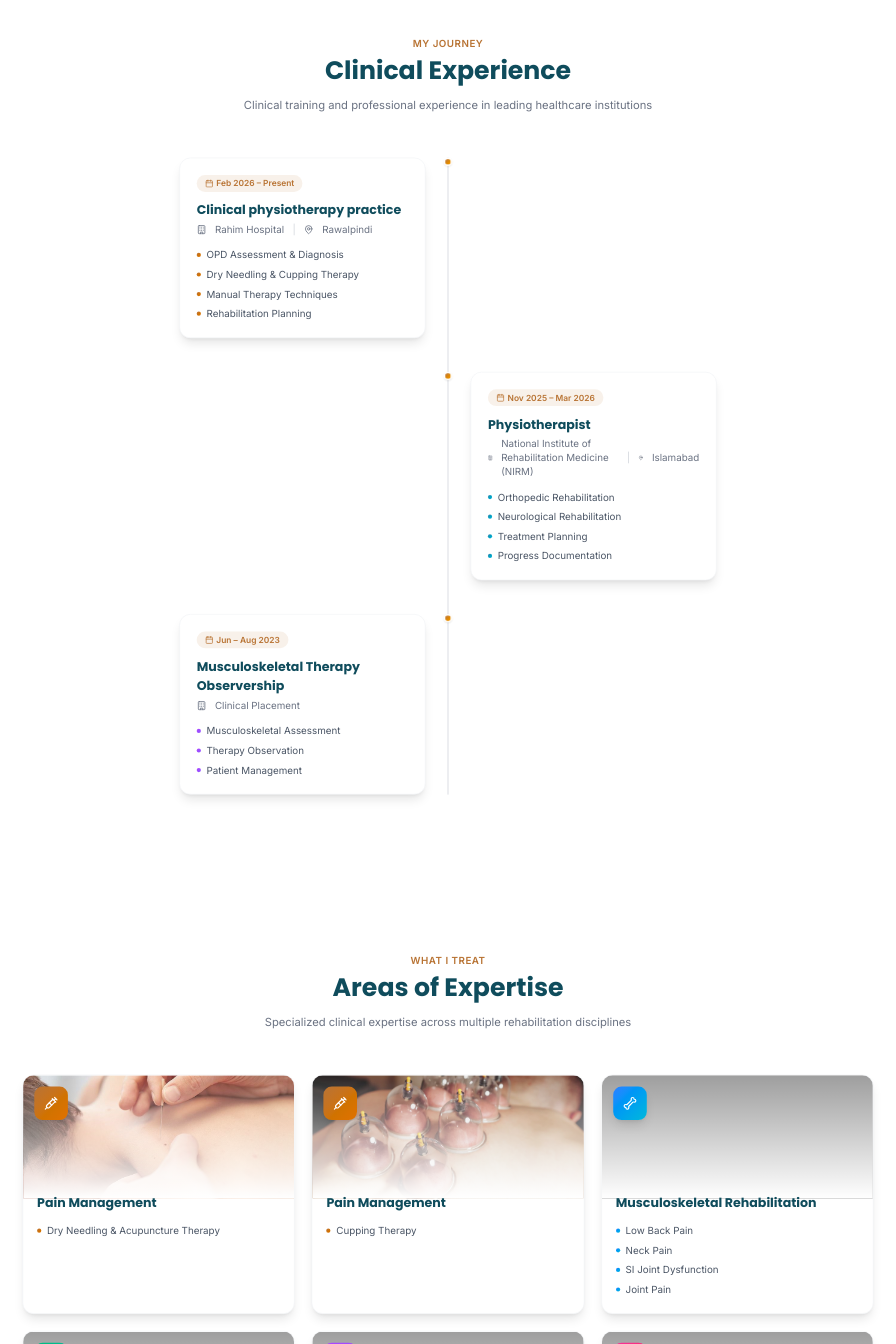
Repository: DaniGull01/dr_ghazala_mushtaq
Page: /
An editor plug-in stored every save of this project. The page is shown before and after the next save, followed by the edit.
The browser window is 1280 px wide. The pictures show the part of the page from y = 1793 to 3713 px (the page is 12733 px tall before and 12731 px after), at 70% of full size.
Pictures or frames that could not be fetched are drawn as grey boxes. The project was rebuilt for these pictures with package versions that can differ from the ones it lists, and the page was loaded fresh each time. Also part of the build but not shown: vite.config.js.

Above is the page before, as saved 2026-10-21 19:31:53.

### index.html
<!doctype html>
<html lang="en">
  <head>
    <meta charset="UTF-8" />
    <link rel="icon" type="image/svg+xml" href="/vite.svg" />
    <meta name="viewport" content="width=device-width, initial-scale=1.0" />
    <meta name="description" content="Dr. Ghazala Mushtaq - Doctor of Physical Therapy (DPT). Specializing in musculoskeletal, orthopedic, neurological and pediatric rehabilitation." />
    <meta name="keywords" content="physiotherapist, physical therapy, DPT, rehabilitation, Islamabad, Rawalpindi" />
    <link rel="preconnect" href="https://fonts.googleapis.com" />
    <link rel="preconnect" href="https://fonts.gstatic.com" crossorigin />
    <link href="https://fonts.googleapis.com/css2?family=Inter:wght@300;400;500;600;700&family=Poppins:wght@400;500;600;700;800&display=swap" rel="stylesheet" />
    <title>Dr. Ghazala Mushtaq | Doctor of Physical Therapy</title>
  </head>
  <body>
    <div id="root"></div>
    <script type="module" src="/src/main.jsx"></script>
  </body>
</html>

### src/App.jsx
import Navbar from './components/Navbar'
import Hero from './components/Hero'
import About from './components/About'
import Expertise from './components/Expertise'
import Services from './components/Services'
import Experience from './components/Experience'
import Certifications from './components/Certifications'
import Research from './components/Research'
import Skills from './components/Skills'
import Achievements from './components/Achievements'
import WhyChooseMe from './components/WhyChooseMe'
import CTA from './components/CTA'
import Contact from './components/Contact'
import Footer from './components/Footer'
import Reviews from './components/Reviews'

export default function App() {
  return (
    <div className="min-h-screen bg-white">
      <Navbar />
      <Hero />
      <About />
      <Experience />
      <Expertise />
      <Services />

      <Certifications />
      <Research />
      <Skills />
      <Achievements />
      <WhyChooseMe />
       <Reviews/>
      <CTA />
      <Contact />
      <Footer />
    </div>
  )
}

### src/index.css
@import "tailwindcss";

@theme {
  --color-deep-teal: #0F4C5C;
  --color-medical-blue: #2E86AB;
  --color-warm-copper: #B87333;
  --color-light-cream: #F8F5F0;
  --color-soft-gray: #6B7280;

  --font-heading: 'Poppins', sans-serif;
  --font-body: 'Inter', sans-serif;
}

html {
  scroll-behavior: smooth;
}

body {
  font-family: var(--font-body);
  color: #1f2937;
}

::-webkit-scrollbar {
  width: 8px;
}

::-webkit-scrollbar-track {
  background: #f1f1f1;
}

::-webkit-scrollbar-thumb {
  background: var(--color-medical-blue);
  border-radius: 4px;
}

::selection {
  background: var(--color-medical-blue);
  color: white;
}

### src/components/About.jsx
import { motion } from 'framer-motion'
import { Quote } from 'lucide-react'

const fadeUp = {
  hidden: { opacity: 0, y: 40 },
  visible: { opacity: 1, y: 0 },
}

export default function About() {
  return (
    <section id="about" className="py-20 lg:py-28 bg-light-cream">
      <div className="max-w-7xl mx-auto px-4 sm:px-6 lg:px-8">
        <div className="grid lg:grid-cols-2 gap-12 lg:gap-16 items-center">
          {/* Left - Image Placeholder */}
          <motion.div
            initial="hidden"
            whileInView="visible"
            viewport={{ once: true, margin: '-100px' }}
            variants={fadeUp}
            transition={{ duration: 0.6 }}
            className="relative"
          >
            <div className="relative rounded-3xl overflow-hidden shadow-2xl">
              <div className="w-full h-[500px]">
                <img
                  src="./1000512109.jpg"
                  alt="Dr. Ghazala Mushtaq"
                  className="w-full h-full object-contain"
                />
                {/* Gradient overlay */}

              </div>
            </div>
            {/* Decorative elements */}
            <div className="absolute -bottom-4 -right-4 w-24 h-24 border-2 border-warm-copper/30 rounded-2xl -z-10" />
            <div className="absolute -top-4 -left-4 w-24 h-24 bg-warm-copper/10 rounded-2xl -z-10" />
          </motion.div>

          {/* Right - Content */}
          <motion.div
            initial="hidden"
            whileInView="visible"
            viewport={{ once: true, margin: '-100px' }}
            variants={fadeUp}
            transition={{ duration: 0.6, delay: 0.2 }}
          >
            <span className="text-warm-copper font-semibold text-sm tracking-wider uppercase">About Doctor</span>
            <h2 className="text-3xl lg:text-4xl font-heading font-bold text-deep-teal mt-2 mb-6">
              Meet Dr. Ghazala Mushtaq
            </h2>
            <p className="text-gray-600 leading-relaxed mb-6">
             Dr. Ghazala Mushtaq is a Doctor of Physical Therapy (DPT) and Consultant Physiotherapist dedicated to providing patient-centered physiotherapy and rehabilitation services. She focuses on helping individuals improve mobility, manage pain, restore physical function, and enhance their quality of life through individualized rehabilitation plans and evidence-informed clinical care.
            </p>
            <p className="text-gray-600 leading-relaxed mb-8">
              She has professional experience in hospital-based physiotherapy and clinical practice, along with specialized training in dry needling and cupping therapy. Her approach emphasizes appropriate assessment, personalized treatment, patient education, and functional recovery.
            </p>

            <div className="grid grid-cols-2 gap-4">
              {[
                'Musculoskeletal Rehabilitation',
                'Orthopedic Rehabilitation',
                'Pediatric Rehabilitation',
                'Neurological Rehabilitation',
                'Post-Operative Care',
                'Pain Management',
              ].map((item, i) => (
                <motion.div
                  key={item}
                  initial={{ opacity: 0, x: -20 }}
                  whileInView={{ opacity: 1, x: 0 }}
                  viewport={{ once: true }}
                  transition={{ delay: 0.3 + i * 0.1 }}
                  className="flex items-center gap-2 text-gray-700"
                >
                  <div className="w-2 h-2 rounded-full bg-warm-copper flex-shrink-0" />
                  <span className="text-sm">{item}</span>
                </motion.div>
              ))}
            </div>
          </motion.div>
        </div>
      </div>
    </section>
  )
}

### src/components/Experience.jsx
import { motion } from 'framer-motion'
import { MapPin, Calendar, Building } from 'lucide-react'

const experiences = [
  {
    period: 'Feb 2026 – Present',
    title: 'Clinical physiotherapy practice',
    org: 'Rahim Hospital',
    location: 'Rawalpindi',
    color: 'from-warm-copper to-amber-600',
    items: [
      'OPD Assessment & Diagnosis',
      'Dry Needling & Cupping Therapy',
      'Manual Therapy Techniques',
      'Rehabilitation Planning',
    ],
  },
  {
    period: 'Nov 2025 – Mar 2026',
    title: 'Physiotherapist',
    org: 'National Institute of Rehabilitation Medicine (NIRM)',
    location: 'Islamabad',
    color: 'from-medical-blue to-cyan-500',
    items: [
      'Orthopedic Rehabilitation',
      'Neurological Rehabilitation',
      'Treatment Planning',
      'Progress Documentation',
    ],
  },

  {
    period: 'Jun – Aug 2023',
    title: 'Musculoskeletal Therapy Observership',
    org: 'Clinical Placement',
    location: '',
    color: 'from-purple-500 to-violet-500',
    items: [
      'Musculoskeletal Assessment',
      'Therapy Observation',
      'Patient Management',
    ],
  },
]

export default function Experience() {
  return (
    <section id="experience" className="py-20 lg:py-28 bg-white">
      <div className="max-w-7xl mx-auto px-4 sm:px-6 lg:px-8">
        <motion.div
          initial={{ opacity: 0, y: 30 }}
          whileInView={{ opacity: 1, y: 0 }}
          viewport={{ once: true }}
          transition={{ duration: 0.6 }}
          className="text-center mb-16"
        >
          <span className="text-warm-copper font-semibold text-sm tracking-wider uppercase">My Journey</span>
          <h2 className="text-3xl lg:text-4xl font-heading font-bold text-deep-teal mt-2">
            Clinical Experience
          </h2>
          <p className="text-gray-500 mt-4 max-w-2xl mx-auto">
            Clinical training and professional experience in leading healthcare institutions
          </p>
        </motion.div>

        <div className="relative max-w-3xl mx-auto">
          {/* Vertical Line */}
          <div className="absolute left-0 md:left-1/2 top-0 bottom-0 w-0.5 bg-gray-200 md:-translate-x-px" />

          {experiences.map((exp, index) => (
            <motion.div
              key={exp.title}
              initial={{ opacity: 0, x: index % 2 === 0 ? -40 : 40 }}
              whileInView={{ opacity: 1, x: 0 }}
              viewport={{ once: true, margin: '-50px' }}
              transition={{ duration: 0.6, delay: index * 0.1 }}
              className={`relative flex flex-col md:flex-row gap-6 md:gap-12 mb-12 last:mb-0 ${
                index % 2 === 0 ? 'md:flex-row' : 'md:flex-row-reverse'
              }`}
            >
              {/* Timeline Dot */}
              <div className="absolute left-[-5px] md:left-1/2 md:-translate-x-1/2 w-3 h-3 rounded-full bg-gradient-to-br from-warm-copper to-amber-500 border-2 border-white shadow z-10" />

              {/* Content Card */}
              <div className={`ml-8 md:ml-0 md:w-1/2 ${index % 2 === 0 ? 'md:pr-8' : 'md:pl-8'}`}>
                <div className="bg-white rounded-2xl p-6 shadow-lg hover:shadow-xl transition-all duration-300 border border-gray-100">
                  <span className="inline-flex items-center gap-1 text-xs font-semibold text-warm-copper bg-warm-copper/10 px-3 py-1 rounded-full mb-3">
                    <Calendar size={12} />
                    {exp.period}
                  </span>
                  <h3 className="text-lg font-heading font-bold text-deep-teal mb-1">{exp.title}</h3>
                  <div className="flex items-center gap-3 text-gray-500 text-sm mb-4">
                    <Building size={14} />
                    <span>{exp.org}</span>
                    {exp.location && (
                      <>
                        <span className="text-gray-300">|</span>
                        <MapPin size={14} />
                        <span>{exp.location}</span>
                      </>
                    )}
                  </div>
                  <ul className="space-y-2">
                    {exp.items.map((item) => (
                      <li key={item} className="flex items-center gap-2 text-gray-600 text-sm">
                        <div className={`w-1.5 h-1.5 rounded-full bg-gradient-to-br ${exp.color} flex-shrink-0`} />
                        {item}
                      </li>
                    ))}
                  </ul>
                </div>
              </div>
            </motion.div>
          ))}
        </div>
      </div>
    </section>
  )
}

### src/components/Skills.jsx
import { motion } from 'framer-motion'
import { useInView } from 'framer-motion'
import { useRef } from 'react'

const skills = [
  { name: 'Patient Assessment', level: 95 },
  { name: 'Manual Therapy', level: 92 },
  { name: 'Musculoskeletal Rehabilitation', level: 93 },
  { name: 'Orthopedic Rehabilitation', level: 90 },
  { name: 'Neurological Rehabilitation', level: 85 },
  { name: 'Dry Needling', level: 88 },
  { name: 'Cupping Therapy', level: 90 },
  { name: 'Electrotherapy', level: 87 },
  { name: 'Pain Management', level: 91 },
  { name: 'Documentation & Reporting', level: 89 },
]

function SkillBar({ name, level, index }) {
  const ref = useRef(null)
  const isInView = useInView(ref, { once: true, margin: '-50px' })

  return (
    <div ref={ref} className="space-y-2">
      <div className="flex justify-between items-center">
        <span className="text-sm font-medium text-gray-700">{name}</span>
        <span className="text-xs font-bold text-medical-blue">{level}%</span>
      </div>
      <div className="w-full h-2.5 bg-gray-100 rounded-full overflow-hidden">
        <motion.div
          initial={{ width: 0 }}
          animate={isInView ? { width: `${level}%` } : { width: 0 }}
          transition={{ duration: 1, delay: index * 0.1, ease: 'easeOut' }}
          className="h-full rounded-full bg-gradient-to-r from-medical-blue to-deep-teal"
        />
      </div>
    </div>
  )
}

export default function Skills() {
  return (
    <section id="skills" className="py-20 lg:py-28 bg-light-cream">
      <div className="max-w-7xl mx-auto px-4 sm:px-6 lg:px-8">
        <motion.div
          initial={{ opacity: 0, y: 30 }}
          whileInView={{ opacity: 1, y: 0 }}
          viewport={{ once: true }}
          transition={{ duration: 0.6 }}
          className="text-center mb-16"
        >
          <span className="text-warm-copper font-semibold text-sm tracking-wider uppercase">Proficiencies</span>
          <h2 className="text-3xl lg:text-4xl font-heading font-bold text-deep-teal mt-2">
            Professional Skills
          </h2>
          <p className="text-gray-500 mt-4 max-w-2xl mx-auto">
            Clinical competencies developed through rigorous training and practice
          </p>
        </motion.div>

        <div className="grid lg:grid-cols-5 gap-8 items-center max-w-5xl mx-auto">
          {/* Skills Bars */}
          <div className="lg:col-span-3">
            <div className="grid sm:grid-cols-2 gap-x-12 gap-y-6">
              {skills.map((skill, index) => (
                <SkillBar key={skill.name} name={skill.name} level={skill.level} index={index} />
              ))}
            </div>
          </div>

          {/* Image */}
          <motion.div
            initial={{ opacity: 0, x: 30 }}
            whileInView={{ opacity: 1, x: 0 }}
            viewport={{ once: true }}
            transition={{ duration: 0.6, delay: 0.3 }}
            className="lg:col-span-2"
          >
            <div className="relative rounded-3xl overflow-hidden shadow-xl">
              <img
                src="https://images.unsplash.com/photo-1579684385127-1ef15d508118?w=500&q=80"
                alt="Physiotherapy practice"
                className="w-full h-72 lg:h-96 object-cover"
                loading="lazy"
              />
              <div className="absolute inset-0 bg-gradient-to-t from-deep-teal/50 via-transparent to-transparent" />
              <div className="absolute bottom-6 left-6 right-6">
                <p className="text-white font-heading font-semibold text-lg">Comprehensive Care</p>
                <p className="text-white/80 text-sm">Evidence-based techniques for every condition</p>
              </div>
            </div>
          </motion.div>
        </div>
      </div>
    </section>
  )
}

### src/components/CTA.jsx
import { motion } from 'framer-motion'
import { Calendar, MessageCircle } from 'lucide-react'

export default function CTA() {
  return (
    <section className="relative py-24 lg:py-32 overflow-hidden">
      {/* Background */}
      <div className="absolute inset-0 bg-gradient-to-br from-deep-teal via-deep-teal to-medical-blue" />

      {/* Medical Background Image */}
      <div
        className="absolute inset-0 opacity-10"
        style={{
          backgroundImage: "url('https://images.unsplash.com/photo-1576091160399-112ba8d25d1d?w=1920&q=80')",
          backgroundSize: 'cover',
          backgroundPosition: 'center',
        }}
      />

      {/* Abstract Medical Shapes */}
      <div className="absolute inset-0 opacity-10">
        <div className="absolute top-10 left-10 w-64 h-64 border border-white/30 rounded-full" />
        <div className="absolute bottom-10 right-10 w-80 h-80 border border-white/20 rounded-full" />
        <div className="absolute top-1/2 left-1/2 -translate-x-1/2 -translate-y-1/2 w-96 h-96 border border-white/10 rounded-full" />
        <div className="absolute top-20 right-20 w-48 h-48 bg-white/10 rounded-full blur-3xl" />
        <div className="absolute bottom-20 left-20 w-56 h-56 bg-warm-copper/20 rounded-full blur-3xl" />
        {/* Cross/plus medical symbols */}
        <div className="absolute top-1/4 left-1/4 text-white/20 text-6xl font-light">+</div>
        <div className="absolute bottom-1/4 right-1/4 text-white/20 text-6xl font-light">+</div>
      </div>

      <div className="relative max-w-4xl mx-auto px-4 sm:px-6 lg:px-8 text-center">
        <motion.div
          initial={{ opacity: 0, y: 30 }}
          whileInView={{ opacity: 1, y: 0 }}
          viewport={{ once: true }}
          transition={{ duration: 0.6 }}
        >
          <h2 className="text-3xl sm:text-4xl lg:text-5xl font-heading font-bold text-white mb-6 leading-tight">
            Start Your Recovery Journey Today
          </h2>
          <p className="text-gray-200 text-lg max-w-2xl mx-auto mb-10 leading-relaxed">
            Take the first step toward a pain-free, active lifestyle. Book your consultation now and experience personalized physiotherapy care.
          </p>
          <div className="flex flex-wrap justify-center gap-4">
            <a
              href="#contact"
              className="inline-flex items-center gap-2 bg-warm-copper hover:bg-warm-copper/90 text-white px-8 py-3.5 rounded-full font-semibold text-base transition-all hover:shadow-xl hover:shadow-warm-copper/30"
            >
              <Calendar size={18} />
              Book Appointment
            </a>
            <a
              href="https://wa.me/923188910400"
              target="_blank"
              rel="noopener noreferrer"
              className="inline-flex items-center gap-2 bg-white/10 hover:bg-white/20 text-white px-8 py-3.5 rounded-full font-semibold text-base transition-all border border-white/30"
            >
              <MessageCircle size={18} />
              WhatsApp Consultation
            </a>
          </div>
        </motion.div>
      </div>
    </section>
  )
}

### src/components/Reviews.jsx
import { motion } from 'framer-motion'
import ReviewsList from './ReviewsList'
import ReviewForm from './ReviewForm'

export default function Reviews() {
  return (
    <section id="reviews" className="py-20 lg:py-28 bg-light-cream">
      <div className="max-w-7xl mx-auto px-4 sm:px-6 lg:px-8">
        <motion.div
          initial={{ opacity: 0, y: 30 }}
          whileInView={{ opacity: 1, y: 0 }}
          viewport={{ once: true }}
          transition={{ duration: 0.6 }}
          className="text-center mb-16"
        >
          <span className="text-warm-copper font-semibold text-sm tracking-wider uppercase">
            Patient Feedback
          </span>
          <h2 className="text-3xl lg:text-4xl font-heading font-bold text-deep-teal mt-2">
            What Patients Say
          </h2>
          <p className="text-gray-500 mt-4 max-w-2xl mx-auto">
            Real experiences from people who've completed treatment
          </p>
        </motion.div>

        <div className="grid lg:grid-cols-5 gap-8 items-start">
          {/* Reviews take more visual weight — social proof first */}
          <div className="lg:col-span-3">
            <ReviewsList />
          </div>
          <div className="lg:col-span-2 lg:sticky lg:top-24">
            <ReviewForm />
          </div>
        </div>
      </div>
    </section>
  )
}

Loaded but not shown: src/main.jsx (common file); src/components/Contact.jsx (258 lines, source omitted); src/components/Services.jsx (236 lines, source omitted); src/components/ReviewsList.jsx (208 lines, source omitted); src/components/ReviewForm.jsx (196 lines, source omitted); src/components/Hero.jsx (137 lines, source omitted); src/components/Navbar.jsx (142 lines, source omitted); src/components/Expertise.jsx (134 lines, source omitted); src/components/Achievements.jsx (101 lines, source omitted); src/components/Footer.jsx (106 lines, source omitted); src/components/Certifications.jsx (111 lines, source omitted); src/components/Research.jsx (82 lines, source omitted); src/components/WhyChooseMe.jsx (90 lines, source omitted)

After the next save:
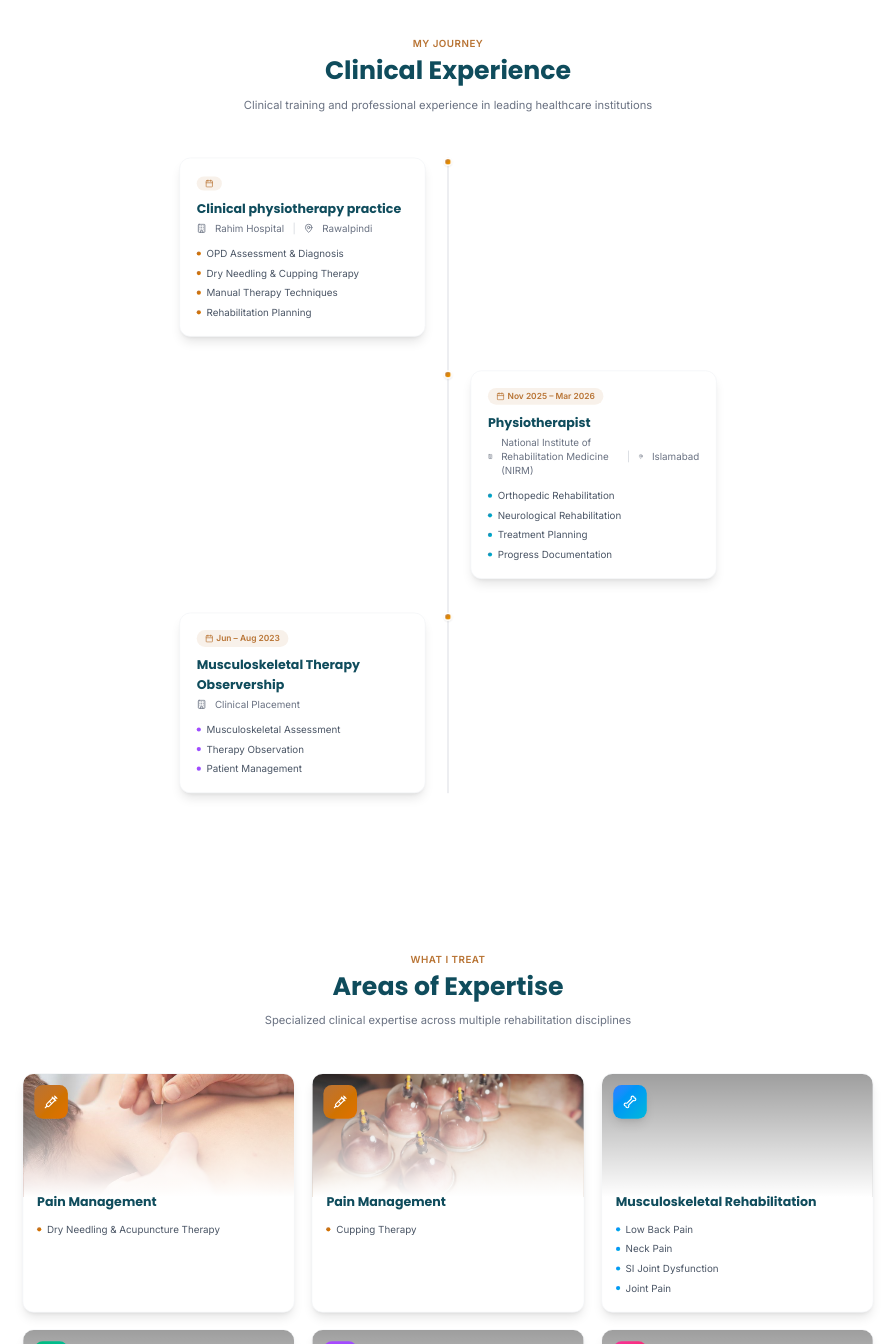
Saved 16 s later.
--- a/src/components/Experience.jsx
+++ b/src/components/Experience.jsx
@@ -3,7 +3,6 @@ import { MapPin, Calendar, Building } from 'lucide-react'
 
 const experiences = [
   {
-    period: 'Feb 2026 – Present',
     title: 'Clinical physiotherapy practice',
     org: 'Rahim Hospital',
     location: 'Rawalpindi',
